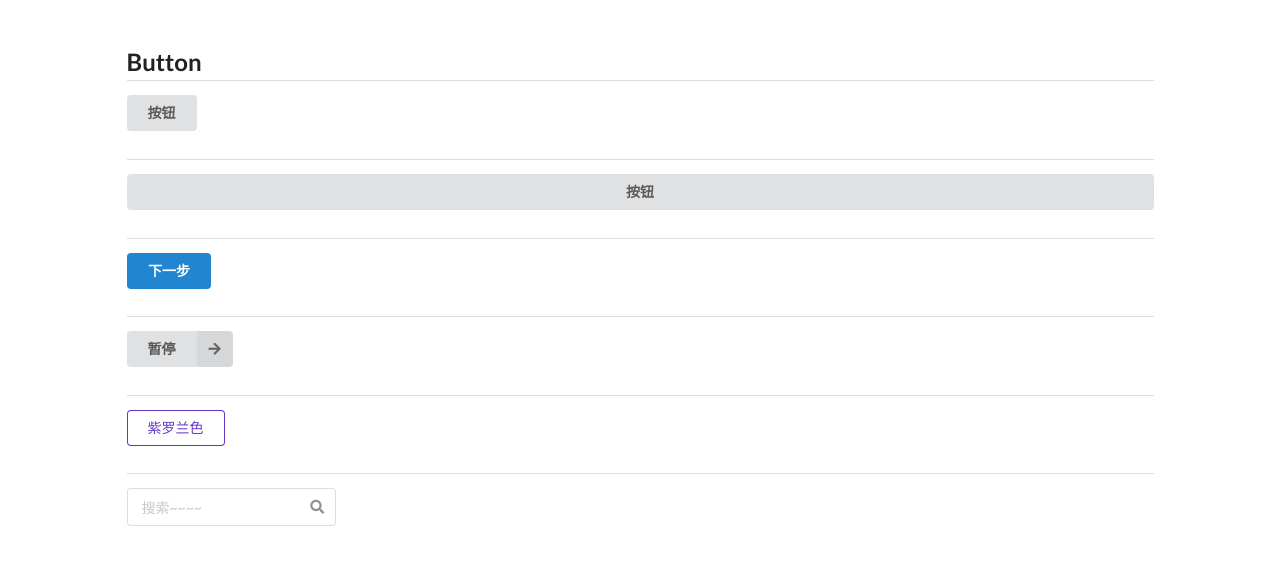
Repository: GOGOHQ/myblog
Page: index.html
The author's editor kept a copy of each file at every save. The page is drawn from the files as they stood at one save, then again after the next save.
The browser window is 1280 px wide. The pictures show the whole page.
Some web libraries are served in a nearby version.

Above is the page before, as saved 2020-01-16 13:24:32.

After the next save:
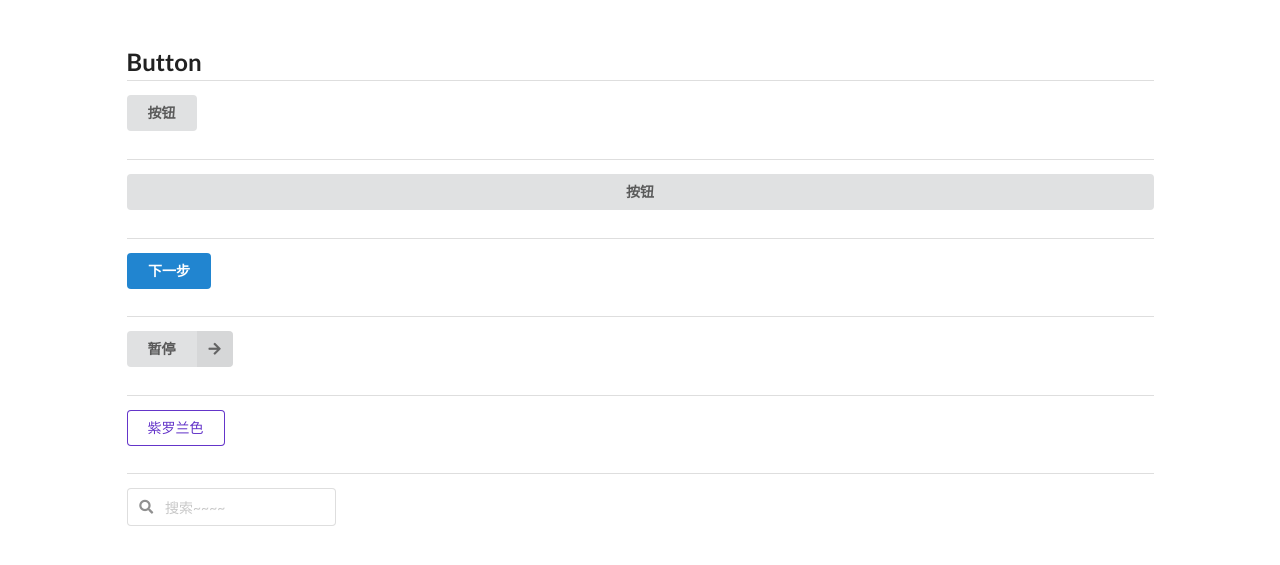
Saved 7 s later.
--- a/index.html
+++ b/index.html
@@ -37,9 +37,9 @@
         紫罗兰色
     </button>
     <h2 class="ui dividing header"></h2>
-    <div class="ui icon input">
+    <div class="ui left icon input">
         <input type="text" placeholder="搜索~~~~">
-        <i class="left search link icon"></i>
+        <i class=" search link icon"></i>
     </div>
 
 </div>

After the save that followed:
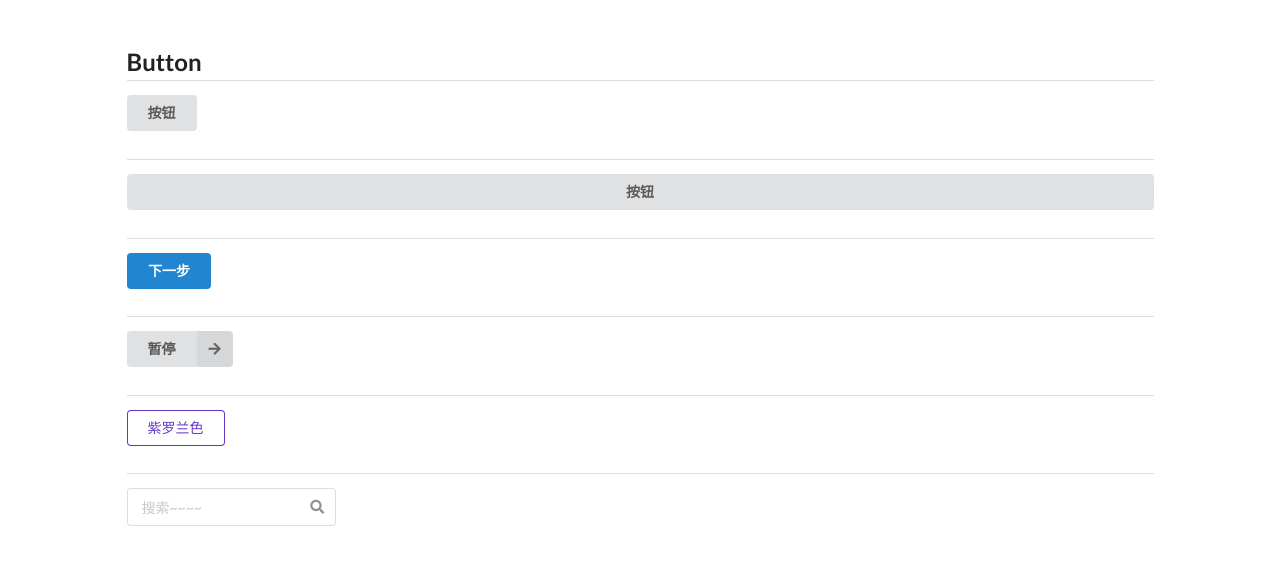
Saved 4 s later.
--- a/index.html
+++ b/index.html
@@ -37,7 +37,7 @@
         紫罗兰色
     </button>
     <h2 class="ui dividing header"></h2>
-    <div class="ui left icon input">
+    <div class="ui  icon input">
         <input type="text" placeholder="搜索~~~~">
         <i class=" search link icon"></i>
     </div>
